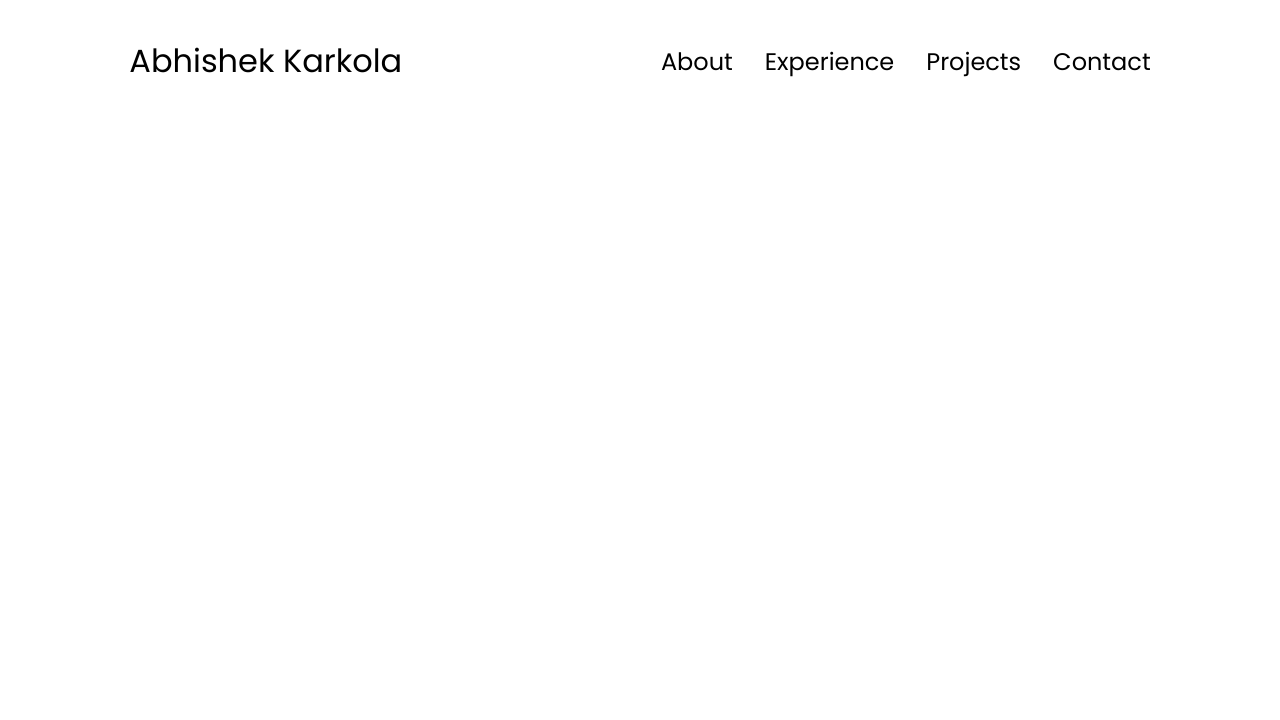
Repository: APersonalVoyage/APersonalVoyage.github.io
Page: index.html
The author's editor kept a copy of each file at every save. The page is drawn from the files as they stood at one save, then again after the next save.
The browser window is 1280 px wide. The pictures show the whole page.

Above is the page before, as saved 2023-08-23 18:10:51.

### index.html
<!DOCTYPE html>
<html lang="en">
  <head>
    <meta charset="UTF-8" />
    <meta http-equiv="X-UA-Compatible" content="IE=edge" />
    <meta name="viewport" content="width=device-width, initial-scale=1.0" />
    <title>My Portfolio</title>
    <link rel="stylesheet" href="style.css" />
    <link rel="stylesheet" href="mediaqueries.css" />
  </head>
  <body>
    <nav id="desktop-nav">
      <div class="logo">Abhishek Karkola</div>
      <div>
        <ul class="nav-links">
          <li><a href="#about">About</a></li>
          <li><a href="#experience">Experience</a></li>
          <li><a href="#projects">Projects</a></li>
          <li><a href="#contact">Contact</a></li>
        </ul>
      </div>
    </nav>
    <nav id="hamburger-nav">
      <div class="logo">Abhishek Karkola</div>
      <div class="hamburger-menu">
        <div class="hamburger-icon" onclick="toggleMenu()">
          <span></span>
          <span></span>
          <span></span>
        </div>
        <div class="menu-links">
          <li><a href="#about" onclick="toggleMenu()">About</a></li>
          <li><a href="#experience" onclick="toggleMenu()">Experience</a></li>
          <li><a href="#projects" onclick="toggleMenu()">Projects</a></li>
          <li><a href="#contact" onclick="toggleMenu()">Contact</a></li>
        </div>
      </div>
    </nav>
    <script src="script.js"></script>
  </body>
</html>

### style.css
/* GENERAL */

@import url("https://fonts.googleapis.com/css2?family=Poppins:wght@300;400;500;600&display=swap");

* {
  margin: 0;
  padding: 0;
}

body {
  font-family: "Poppins", sans-serif;
}

html {
  scroll-behavior: smooth;
}

p {
  color: rgb(85, 85, 85);
}

/* TRANSITION */

a,
.btn {
  transition: all 300ms ease;
}

/* DESKTOP NAV */

nav,
.nav-links {
  display: flex;
}

nav {
  justify-content: space-around;
  align-items: center;
  height: 17vh;
}

.nav-links {
  gap: 2rem;
  list-style: none;
  font-size: 1.5rem;
}

a {
  color: black;
  text-decoration: none;
  text-decoration-color: white;
}

a:hover {
  color: grey;
  text-decoration: underline;
  text-underline-offset: 1rem;
  text-decoration-color: rgb(181, 181, 181);
}

.logo {
  font-size: 2rem;
}

.logo:hover {
  cursor: default;
}

/* HAMBURGER MENU */

#hamburger-nav {
  display: none;
}

.hamburger-menu {
  position: relative;
  display: inline-block;
}

.hamburger-icon {
  display: flex;
  flex-direction: column;
  justify-content: space-between;
  height: 24px;
  width: 30px;
  cursor: pointer;
}

.hamburger-icon span {
  width: 100%;
  height: 2px;
  background-color: black;
  transition: all 0.3 ease-in-out;
}

.menu-links {
  position: absolute;
  top: 100%;
  right: 0;
  background-color: white;
  width: fit-content;
  max-height: 0;
  overflow: hidden;
  transition: all 0.3 ease-in-out;
}

.menu-links a {
  display: block;
  padding: 10px;
  text-align: center;
  font-size: 1.5rem;
  color: black;
  text-decoration: none;
  transition: all 0.3 ease-in-out;
}

.menu-links li {
  list-style: none;
}

.menu-links.open {
  max-height: 300px;
}

.hamburger-icon.open span:first-child {
  transform: rotate(45deg) translate(10px, 5px);
}

.hamburger-icon.open span:nth-child(2) {
  opacity: 0;
}

.hamburger-icon.open span:last-child {
  transform: rotate(-45deg) translate(10px, -5px);
}

.hamburger-icon span:first-child {
  transform: none;
}

.hamburger-icon span:first-child {
  opacity: 1;
}

.hamburger-icon span:first-child {
  transform: none;
}

### mediaqueries.css


  @media screen and (max-width: 1200px) {
    #desktop-nav {
      display: none;
    }
    #hamburger-nav {
      display: flex;
    }
}

Loaded but not shown: script.js (common file)

After the next save:
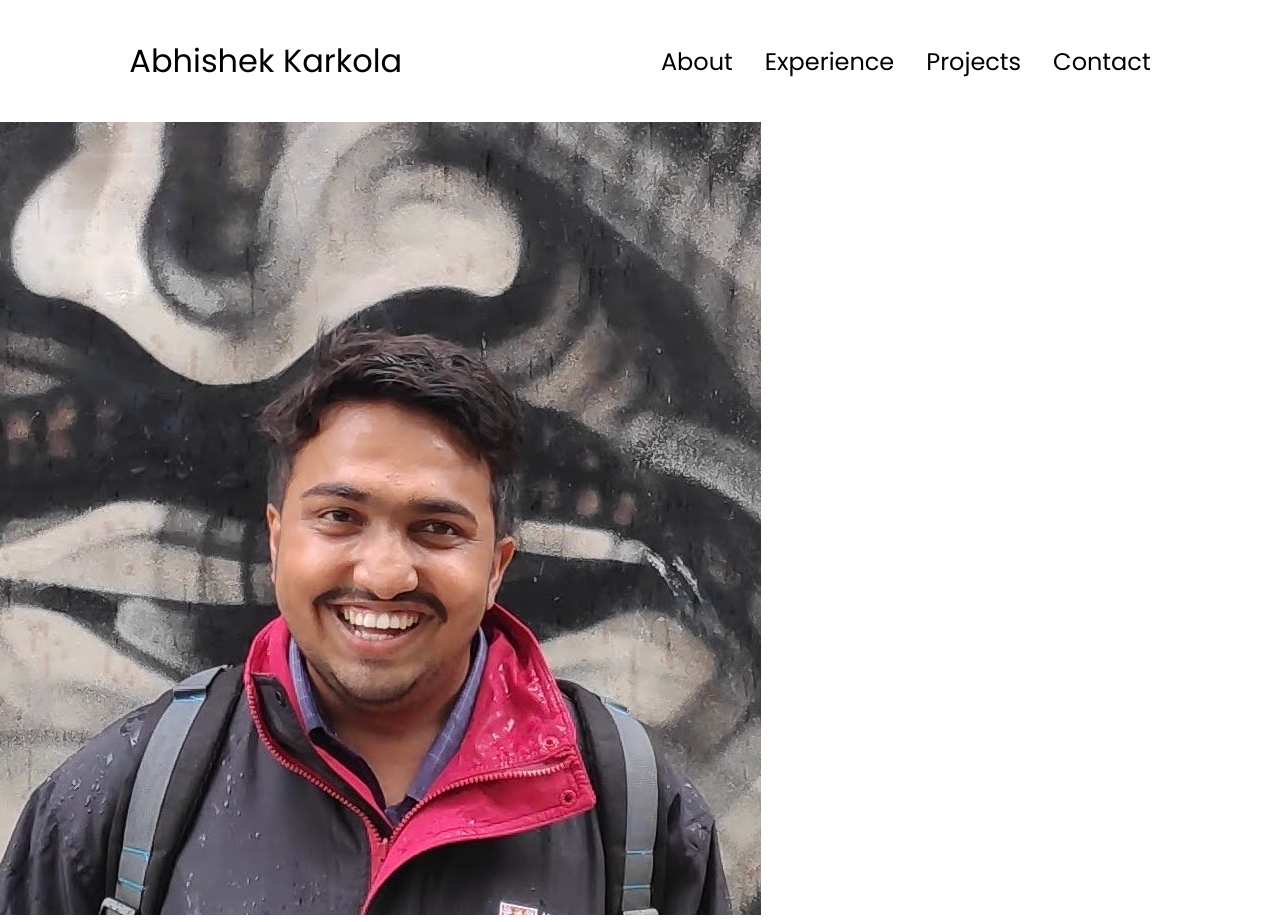
Saved 10 min 48 s later.
--- a/index.html
+++ b/index.html
@@ -36,6 +36,11 @@
         </div>
       </div>
     </nav>
+    <section id = "profile">
+        <div class="section__pic-container">
+            <img src="./assets/Photo.jpeg" alt="profile" class="section__pic">
+    </section>
+
     <script src="script.js"></script>
   </body>
 </html>
